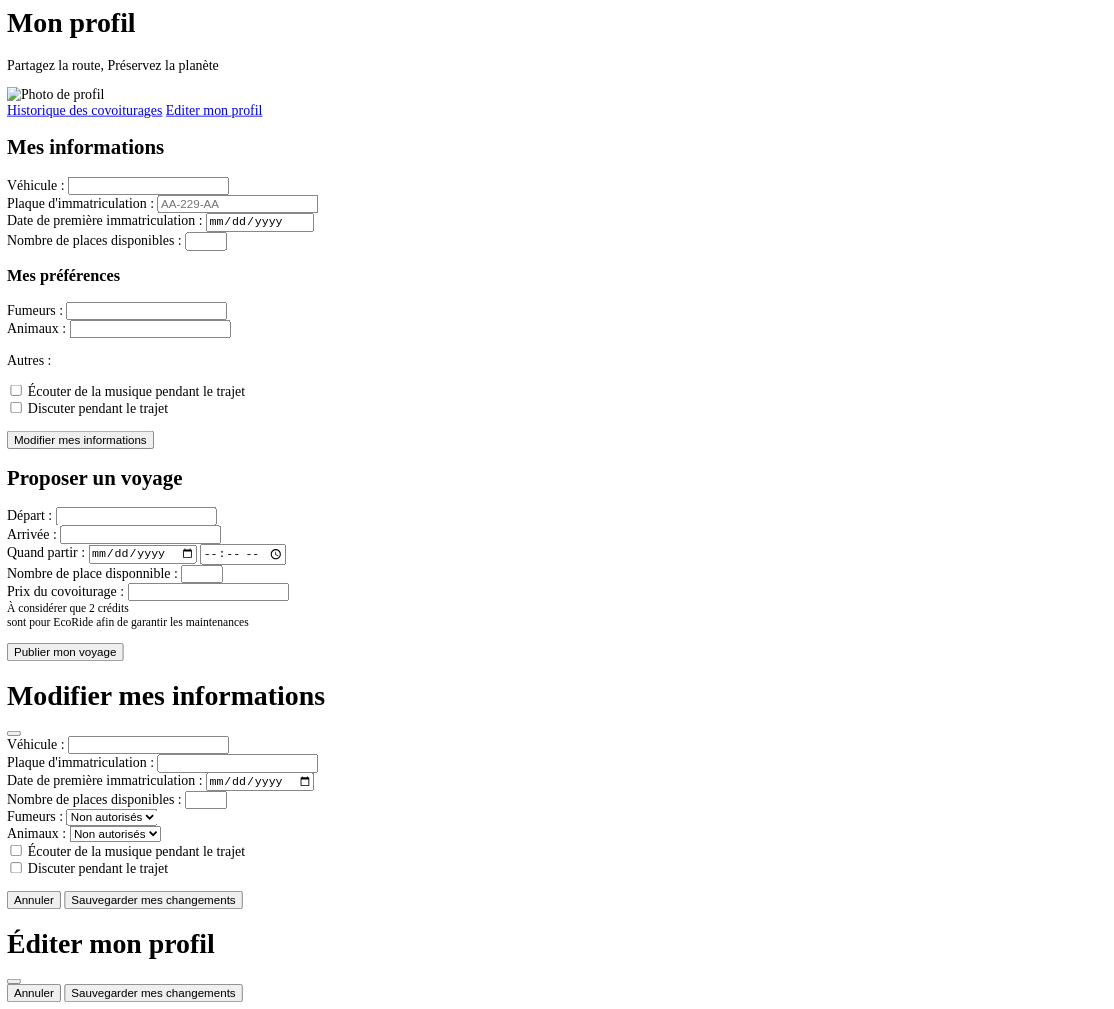
Repository: lemonhao9/ECF
Page: pages/auth/profile.html
An editor plug-in stored every save of this project. The page is shown before and after the next save, followed by the edit.
The browser window is 1280 px wide. The pictures show the whole page, at 87% of full size.

Above is the page before, as saved 2025-02-17 16:13:24.

After the next save:
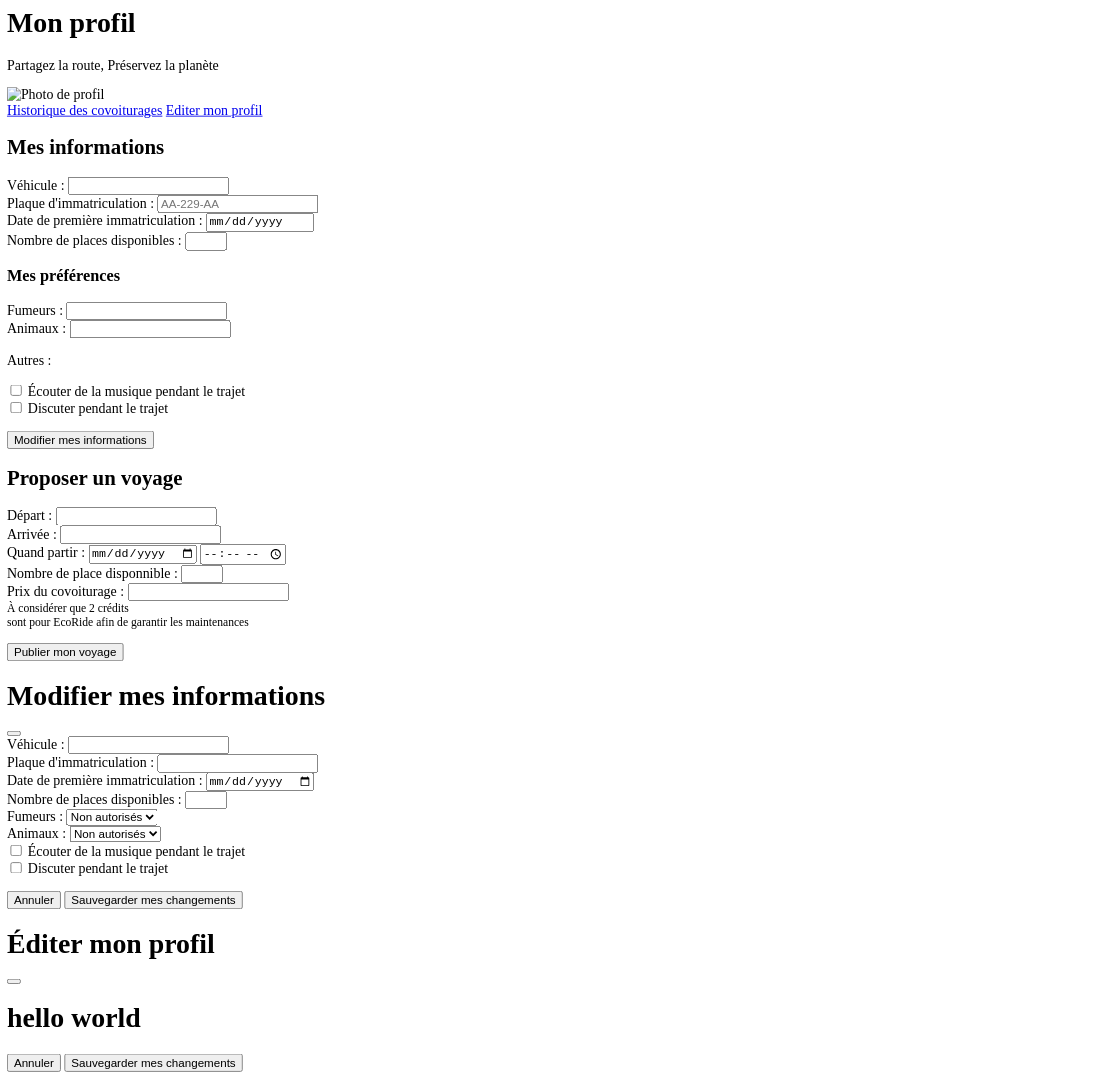
Saved 66 s later.
--- a/pages/auth/profile.html
+++ b/pages/auth/profile.html
@@ -8,7 +8,7 @@
     <div>
         <img src="" alt="Photo de profil"> <br>
         <a href="/historiqueCovoit">Historique des covoiturages</a>
-        <a href="#modalEdit" data-toggle="modal">Editer mon profil</a>
+        <a href="#modalEdition" data-toggle="modal">Editer mon profil</a>
     </div>
 </aside>
 
@@ -160,7 +160,7 @@
 </div>
 
 <!--La modal de modification info profil-->
-<div class="modal fade" id="modalEdit" data-bs-backdrop="static" data-bs-keyboard="false" tabindex="-1" aria-labelledby="staticBackdropLabel" aria-hidden="true">
+<div class="modal fade" id="modalEdition" data-bs-backdrop="static" data-bs-keyboard="false" tabindex="-1" aria-labelledby="staticBackdropLabel" aria-hidden="true">
     <div class="modal-dialog">
       <div class="modal-content bg-black">
         <div class="modal-header">
@@ -168,7 +168,7 @@
           <button type="button" class="btn-close" data-bs-dismiss="modal" aria-label="Close"></button>
         </div>
         <div class="modal-body">
-
+          <h1>hello world</h1>
         </div>
         <div class="modal-footer">
           <button type="button" class="btn btn-secondary" data-bs-dismiss="modal">Annuler</button>
